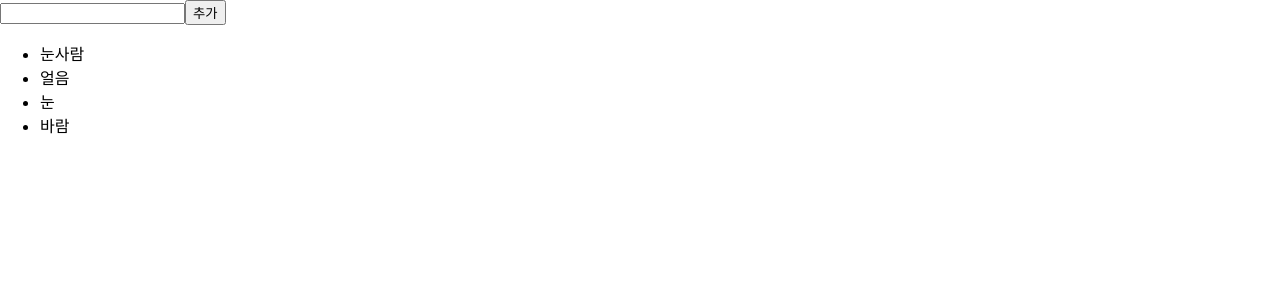
Repository: jongheonleee/hello_my_react
Page: /
An editor plug-in stored every save of this project. The page is shown before and after the next save, followed by the edit.
The browser window is 1280 px wide. The pictures show the whole page.
The project was rebuilt for these pictures with package versions that can differ from the ones it lists, and the page was loaded fresh each time.

Above is the page before, as saved 2024-09-04 12:41:09.

### src/App.js

import { Component }  from 'react';
import IterationSample from './learning/IterationSample';

class App extends Component {
  render() {
    return (
      <IterationSample/>
    );
  }
}

export default App;

### src/learning/IterationSample.js
import { useState } from 'react';

const IterationSample = () => {
   // 초기 상태 설정(useState 활용)
   const [ names, setNames] = useState([
    {id : 1, text : '눈사람'},
    {id : 2, text : '얼음'},
    {id : 3, text : '눈'},
    {id : 4, text : '바람'}
   ]);
   const [inputText, setInputText] = useState('');
   const [nextId, setNextId] = useState(5);

   // 새로운 이름을 등록하는 기능
   const onChange = e => setInputText(e.target.value); // 인풋의 값 가져옴
   const onClick = () => {
    // 버튼 눌렀을 때, 요소 추가한 배열 생성
    const nextNames = names.concat({ // 버튼 눌렀을 때 요소 생성해서 추가함
        id : nextId,
        text : inputText
    });


    // 요소 추가 이후, 기존의 값들 초기화 및 업데이트
    setNextId(nextId+1);  // 다음 id로 초기화
    setInputText(''); // 인풋 필드 초기화
    setNames(nextNames); // names 업데이트
    };

    // html 요소를 더블 클릭할 시 삭제함
    const onRemove = id => {
        const nextNames = names.filter(name => name.id !== id); // id가 아닌 것들만 거르기
        setNames(nextNames);
    }

   const nameList = names.map( name => <li
                        key={name.id}
                        onDoubleClick={() => onRemove(name.id)}>
                            {name.text}
                        </li>
            );
    return (
        <>
        <input value={inputText} onChange={onChange}/>
        <button onClick={onClick}>추가</button>
        <ul>{nameList}</ul>
        </>
    );
}

export default IterationSample;

### src/learning/LifeCycleSample.js
import { Component } from "react";

class LifeCycleSample extends Component {
    state = {
        number : 0,
        color : null
    }

    myRef = null;

    constructor(props) {
        super(props);
        console.log('construct');
    }

    static getDerivedStateFromProps(nextProps, prevState) {
        console.log('getDerivedStateFromProps');

        if (nextProps.color !== prevState.color) {
            return { color : nextProps.color };
        }

        return null;
    }

    componentDidMount() {
        console.log('componentDidMount');
    }

    shouldComponentUpdate(nextProps, nextState) {
        console.log('shouldComponentUpdate', nextProps, nextState);
        return nextState.number % 10 !== 4;
    }

    componentWillUnmount() {
        console.log('componentWillUnmount');
    }

    handleClick = () => {
        this.setState({
            number : this.state.number + 1
        });
    }

    getSnapshotBeforeUpdate(prevProps, prevState) {
        console.log('getSnapshotBeforeUpdate');
        if (prevProps.color !== this.props.color) {
            return this.myRef.style.color;
        }

        return null;
    }

    componentDidUpdate(prevProps, prevState, snapshot) {
        console.log('componentDidUpdate', prevProps, prevState, snapshot);
        if (snapshot) {
            console.log('업데이트되기 직전 색상 : ', snapshot);
        }
    }

    render() {
        console.log('render');

        const style = {
            color : this.props.color
        };


        return (
            <div>
                <h1 style={style} ref = {ref => this.myRef = ref}>
                    {this.state.number}
                </h1>
                <p>
                    color : {this.state.color}
                </p>
                <button onClick = {this.handleClick}>
                    더하기
                </button>
            </div>
        );
    }
}

export default LifeCycleSample;

Loaded but not shown: public/index.html (common file); src/index.js (common file); src/index.css (common file); src/reportWebVitals.js (common file)

After the next save:
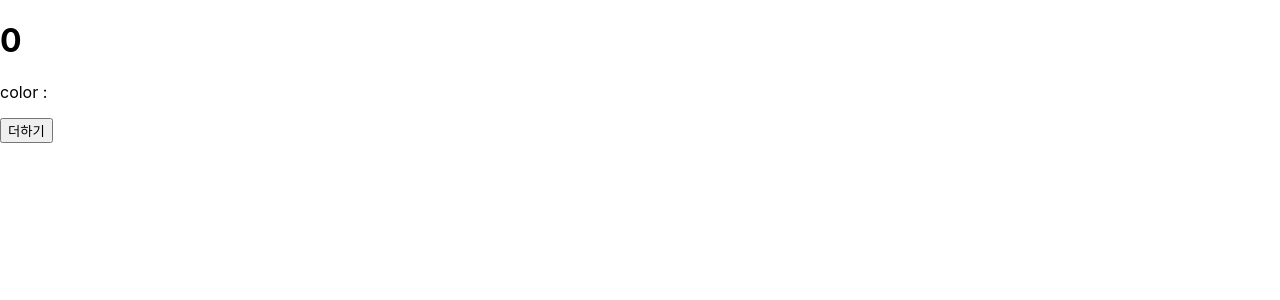
Saved 11 s later.
--- a/src/App.js
+++ b/src/App.js
@@ -1,11 +1,12 @@
 
 import { Component }  from 'react';
 import IterationSample from './learning/IterationSample';
+import LifeCycleSample from './learning/LifeCycleSample';
 
 class App extends Component {
   render() {
     return (
-      <IterationSample/>
+      <LifeCycleSample/>
     );
   }
 }
